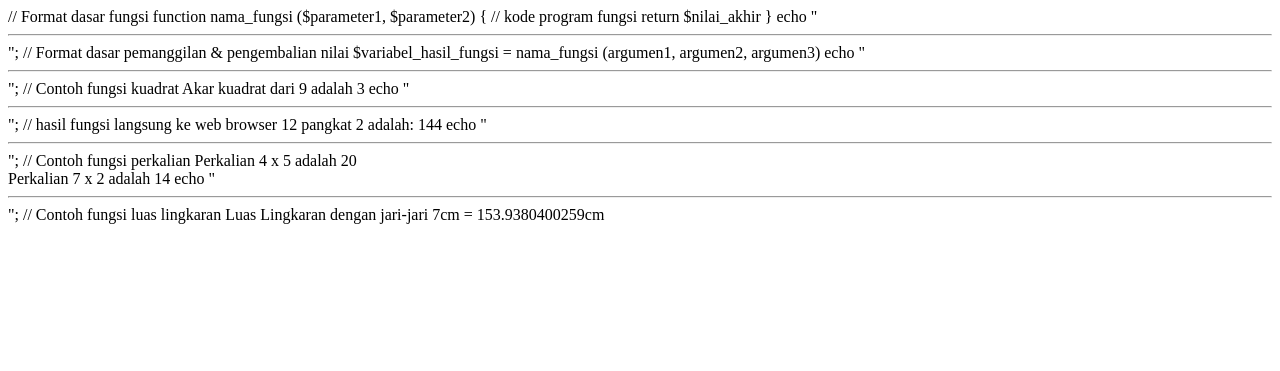
Repository: Bearli-py/latihan_PHP
Page: http://localhost/fungsi.php
An editor plug-in stored every save of this project. The page is shown before and after the next save, followed by the edit.
The browser window is 1280 px wide. The pictures show the whole page.
The page is run by PHP 8.4 with error messages shown; the project is at /var/www/html/.

Above is the page before, as saved 2025-10-01 13:52:39.

### fungsi.php
// Format dasar fungsi
function nama_fungsi ($parameter1, $parameter2)
{
// kode program fungsi return $nilai_akhir
}

echo "<hr>";

// Format dasar pemanggilan & pengembalian nilai
$variabel_hasil_fungsi = nama_fungsi (argumen1, argumen2, argumen3)

echo "<hr>";

// Contoh fungsi kuadrat
<?php
    $akar_kuadrat = sqrt(9);
    echo "Akar kuadrat dari 9 adalah $akar_kuadrat";
    // Akar kuadrat dari 9 adalah 3
?>

echo "<hr>";

// hasil fungsi langsung ke web browser
<?php
echo "12 pangkat 2 adalah: ".pow(12,2);
// 12 pangkat 2 adalah: 144
?>

echo "<hr>";

// Contoh fungsi perkalian
<?php
//pembuatan fungsi
    function perkalian($angka1, $angka2)
    {
    $a= $angka1;
    $b= $angka2;
    $hasil= $a*$b;
    return $hasil;
    }
//pemanggilan fungsi
    $hasil=perkalian(4,5);
    echo "Perkalian 4 x 5 adalah $hasil";
    echo "<br />";
    echo "Perkalian 7 x 2 adalah ".perkalian(7,2);
?>

echo "<hr>";

// Contoh fungsi luas lingkaran
<?php
//pemanggilan fungsi
    echo "Luas Lingkaran dengan jari-jari 7cm = ".luas_lingkaran(7)."cm";
//pembuatan fungsi
    function luas_lingkaran($jari2)
    {
    return M_PI*$jari2*$jari2;
    }
?>

After the next save:
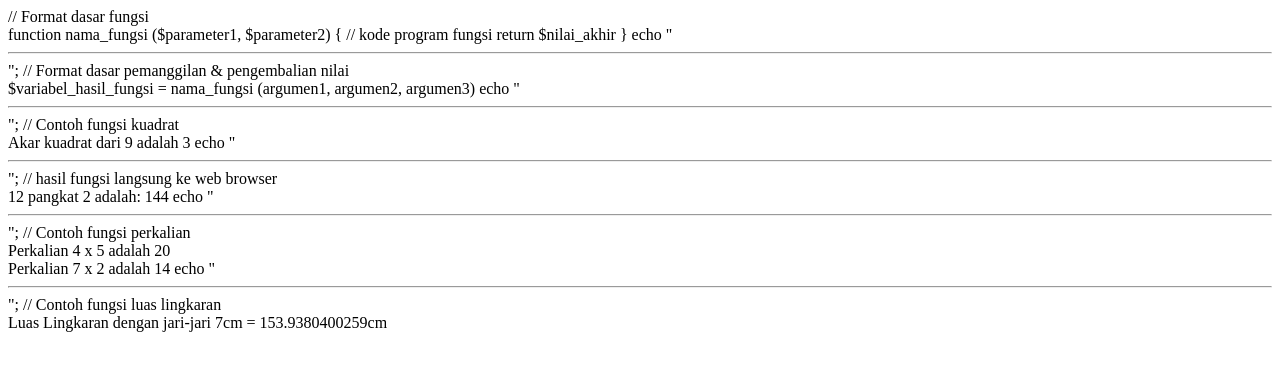
Saved 4 min 22 s later.
--- a/fungsi.php
+++ b/fungsi.php
@@ -1,4 +1,4 @@
-// Format dasar fungsi
+// Format dasar fungsi <br>
 function nama_fungsi ($parameter1, $parameter2)
 {
 // kode program fungsi return $nilai_akhir
@@ -6,12 +6,12 @@ function nama_fungsi ($parameter1, $parameter2)
 
 echo "<hr>";
 
-// Format dasar pemanggilan & pengembalian nilai
+// Format dasar pemanggilan & pengembalian nilai <br>
 $variabel_hasil_fungsi = nama_fungsi (argumen1, argumen2, argumen3)
 
 echo "<hr>";
 
-// Contoh fungsi kuadrat
+// Contoh fungsi kuadrat <br>
 <?php
     $akar_kuadrat = sqrt(9);
     echo "Akar kuadrat dari 9 adalah $akar_kuadrat";
@@ -20,7 +20,7 @@ echo "<hr>";
 
 echo "<hr>";
 
-// hasil fungsi langsung ke web browser
+// hasil fungsi langsung ke web browser <br>
 <?php
 echo "12 pangkat 2 adalah: ".pow(12,2);
 // 12 pangkat 2 adalah: 144
@@ -28,7 +28,7 @@ echo "12 pangkat 2 adalah: ".pow(12,2);
 
 echo "<hr>";
 
-// Contoh fungsi perkalian
+// Contoh fungsi perkalian <br>
 <?php
 //pembuatan fungsi
     function perkalian($angka1, $angka2)
@@ -47,7 +47,7 @@ echo "<hr>";
 
 echo "<hr>";
 
-// Contoh fungsi luas lingkaran
+// Contoh fungsi luas lingkaran <br>
 <?php
 //pemanggilan fungsi
     echo "Luas Lingkaran dengan jari-jari 7cm = ".luas_lingkaran(7)."cm";
